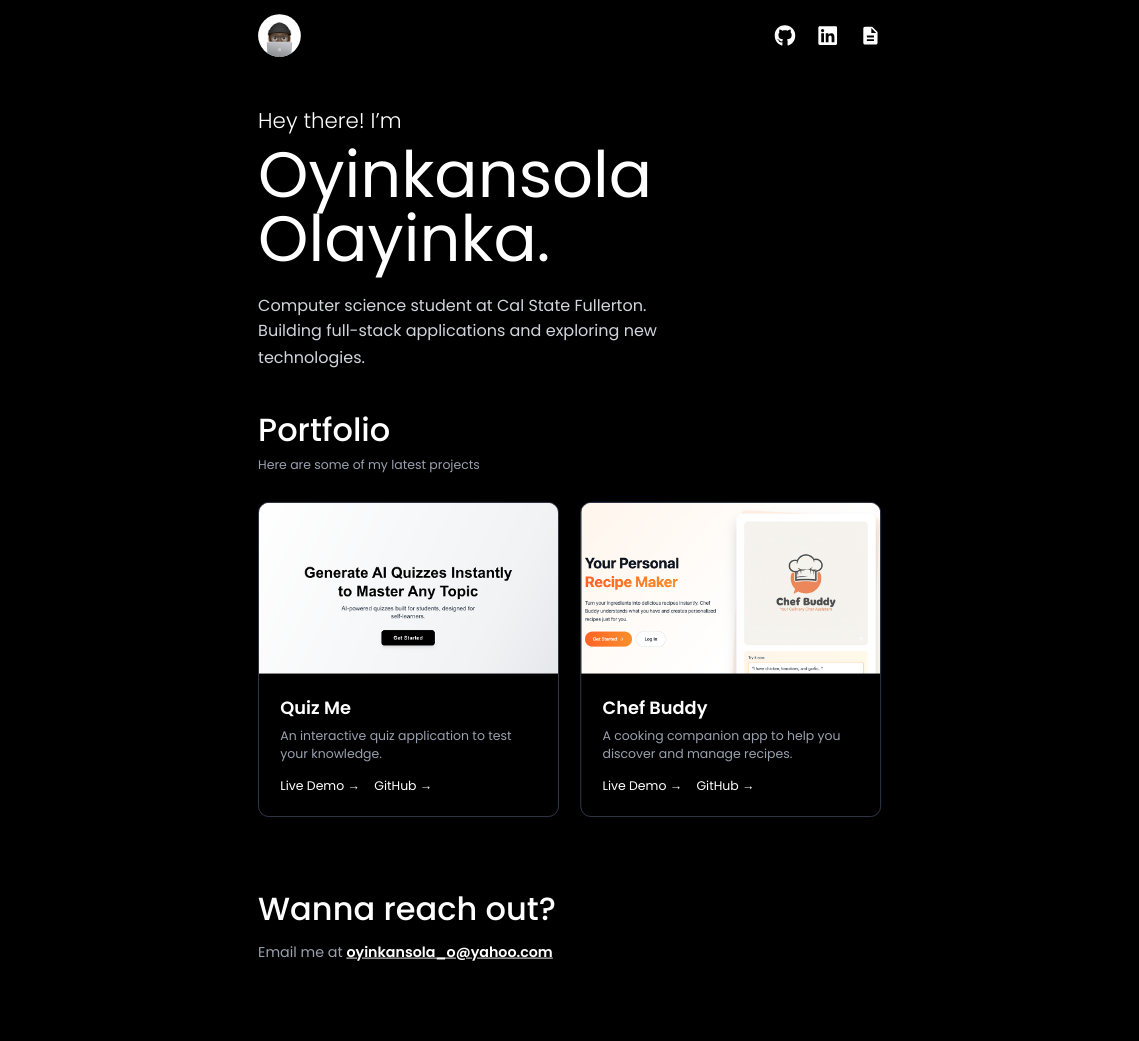
Repository: olasores/olasores-portfolio
Page: /
The author's editor kept a copy of each file at every save. The page is drawn from the files as they stood at one save, then again after the next save.
The browser window is 1280 px wide. The pictures show the whole page, at 89% of full size.
The project was rebuilt for these pictures with package versions that can differ from the ones it lists, and the page was loaded fresh each time. The framework's server and built-in components were replaced by stand-ins that run in the browser. Also part of the build but not shown: next.config.ts.

Above is the page before, as saved 2025-11-11 13:19:42.

### app/layout.tsx
import type { Metadata } from "next";
import { Poppins } from "next/font/google";
import "./globals.css";
import Navbar from "./components/Navbar";

const poppins = Poppins({
  variable: "--font-poppins",
  weight: ["300", "400", "500", "600", "700"],
  subsets: ["latin"],
});

export const metadata: Metadata = {
  title: "Oyinkansola Olayinka | Portfolio",
  description: "Computer science student at Cal State Fullerton. Full-stack developer building intuitive applications.",
  icons: {
    icon: "/assets/olaimg2.webp",
  },
};

export default function RootLayout({
  children,
}: Readonly<{
  children: React.ReactNode;
}>) {
  return (
    <html lang="en">
      <body
        className={`${poppins.variable} antialiased`}
      >
        <Navbar />
        {children}
      </body>
    </html>
  );
}

### app/page.tsx
import HomeSection from "./components/HomeSection";
import Contact from "./components/Contact";

export default function Home() {
  return (
    <div className="flex flex-col bg-black">
      <HomeSection />
      <Contact />
    </div>
  );
}

### app/globals.css
@import "tailwindcss";

* {
  font-family: 'Poppins', sans-serif;
}

:root {
  --background: #ffffff;
  --foreground: #171717;
}

@media (prefers-color-scheme: dark) {
  :root {
    --background: #0a0a0a;
    --foreground: #ededed;
  }
}

body {
  background: var(--background);
  color: var(--foreground);
}

### app/components/Navbar.tsx
'use client';

import { FaGithub, FaLinkedin } from 'react-icons/fa';
import { MdDescription } from 'react-icons/md';

export default function Navbar() {
    return (
        <nav className="fixed top-0 left-0 right-0 bg-black/80 backdrop-blur-sm px-6 py-4 z-50 flex justify-center">
            <div className="max-w-[700px] w-full flex items-center justify-between">
                {/* Logo */}
                <div className="relative w-12 h-12 rounded-full bg-white overflow-hidden flex items-center justify-center">
                    <img
                        src="/assets/olaimg2.webp"
                        alt="Oyinkansola Olayinka Logo"
                        className="w-full h-full object-cover"
                    />
                </div>

                {/* Links - Social Media Icons */}
                <div className="flex gap-6">
                    {/* GitHub Icon */}
                    <a
                        href="https://github.com/olasores"
                        target="_blank"
                        rel="noopener noreferrer"
                        className="text-white hover:text-gray-400 transition text-2xl"
                        title="GitHub"
                    >
                        <FaGithub />
                    </a>

                    {/* LinkedIn Icon */}
                    <a
                        href="https://www.linkedin.com/in/oyinkansola-olayinka/"
                        target="_blank"
                        rel="noopener noreferrer"
                        className="text-white hover:text-gray-400 transition text-2xl"
                        title="LinkedIn"
                    >
                        <FaLinkedin />
                    </a>

                    {/* Resume/Document Icon */}
                    <a
                        href="https://drive.google.com/file/d/1dOEJkfoQH73suDsccBJyT5-bezTsWutk/view?pli=1"
                        target="_blank"
                        rel="noopener noreferrer"
                        className="text-white hover:text-gray-400 transition text-2xl"
                        title="Resume"
                    >
                        <MdDescription />
                    </a>
                </div>
            </div>
        </nav>
    );
}

### app/components/HomeSection.tsx
import Portfolio from "./Portfolio";
export default function HomeSection() {
    return (
        <div className="flex min-h-screen justify-center bg-black font-sans dark:bg-black px-6 py-5 pt-10 md:pt-30">
            <div className="max-w-[700px] w-full flex flex-col gap-12">
                {/* Text content */}
                <div className="flex flex-col gap-6 items-center md:items-start">
                    <div>
                        <h2 className="text-xl md:text-2xl font-light text-white mb-2">
                            Hey there! I&rsquo;m
                        </h2>
                        <h1 className="text-5xl md:text-7xl  text-white">
                            Oyinkansola Olayinka.
                        </h1>
                    </div>

                                        <p className="text-base md:text-lg text-gray-300 leading-relaxed max-w-lg">
                        Computer science student at Cal State Fullerton. Building full-stack applications and exploring new technologies.
                    </p>

                    {/* Links */}
                    {/* <div className="flex gap-6 text-lg md:text-xl text-white">
                        <a href="#" className="hover:text-gray-400 transition">
                            Github ↗
                        </a>
                        <a href="#" className="hover:text-gray-400 transition">
                            linkedin ↗
                        </a>
                        <a href="#" className="hover:text-gray-400 transition">
                            Resume ↗
                        </a>
                    </div> */}

                </div>
                <Portfolio />

            </div>
        </div>
    );
}

### app/components/Contact.tsx
export default function Contact() {
    return (
        <div className="flex justify-center bg-black font-sans dark:bg-black px-6 py-16">
            <div className="max-w-[700px] w-full flex flex-col gap-8">
                {/* Section Title */}
                <div>
                    <h2 className="text-3xl md:text-4xl font-medium text-white mb-4">
                        Wanna reach out?
                    </h2>
                    <p className="text-gray-400 text-base mb-6">
                        Email me at{' '}
                        <a
                            href="mailto:oyinkansola_o@yahoo.com"
                            className="text-white hover:text-gray-300 transition font-semibold underline"
                        >
                            oyinkansola_o@yahoo.com
                        </a>
                    </p>
                </div>
            </div>
        </div>
    );
}

### app/components/Portfolio.tsx
export default function Portfolio() {
    return (
        <div className="flex justify-center bg-black font-sans dark:bg-black ">
            <div className="max-w-[700px] w-full flex flex-col gap-8">
                {/* Section Title */}
                <div>
                    <h2 className="text-3xl md:text-4xl font-medium text-white mb-2">
                        Portfolio
                    </h2>
                    <p className="text-gray-400 text-sm">
                        Here are some of my latest projects
                    </p>
                </div>

                {/* Projects Grid */}
                <div className="grid grid-cols-1 md:grid-cols-2 gap-6">
                    {/* Quiz Me Project */}
                    <div className="border border-gray-700 rounded-xl overflow-hidden hover:border-gray-500 transition flex flex-col">
                        {/* Project Image */}
                        <div className="w-full h-48 bg-gray-800 overflow-hidden">
                            <img
                                src="/assets/quizzy.png"
                                alt="Quiz Me Project"
                                className="w-full h-full object-cover"
                            />
                        </div>

                        {/* Project Details */}
                        <div className="p-6 flex flex-col gap-4 flex-1">
                            <div>
                                <h3 className="text-xl font-semibold text-white mb-2">
                                    Quiz Me
                                </h3>
                                <p className="text-gray-400 text-sm">
                                    An interactive quiz application to test your knowledge.
                                </p>
                            </div>

                            {/* Links */}
                            <div className="flex gap-4 text-sm mt-auto">
                                <a
                                    href="https://quiz-me-sandy.vercel.app/"
                                    target="_blank"
                                    rel="noopener noreferrer"
                                    className="text-white hover:text-gray-300 transition"
                                >
                                    Live Demo →
                                </a>
                                <a
                                    href="#"
                                    className="text-white hover:text-gray-300 transition"
                                >
                                    GitHub →
                                </a>
                            </div>
                        </div>
                    </div>

                    {/* Project Card 2 - Chef Buddy */}
                    <div className="border border-gray-700 rounded-xl overflow-hidden hover:border-gray-500 transition flex flex-col">
                        {/* Project Image */}
                        <div className="w-full h-48 bg-gray-800 overflow-hidden">
                            <img
                                src="/assets/chef.png"
                                alt="Chef Buddy Project"
                                className="w-full h-full object-cover"
                            />
                        </div>

                        {/* Project Details */}
                        <div className="p-6 flex flex-col gap-4 flex-1">
                            <div>
                                <h3 className="text-xl font-semibold text-white mb-2">
                                    Chef Buddy
                                </h3>
                                <p className="text-gray-400 text-sm">
                                    A cooking companion app to help you discover and manage recipes.
                                </p>
                            </div>

                            {/* Links */}
                            <div className="flex gap-4 text-sm mt-auto">
                                <a
                                    href="https://chef-buddy-rouge.vercel.app/"
                                    target="_blank"
                                    rel="noopener noreferrer"
                                    className="text-white hover:text-gray-300 transition"
                                >
                                    Live Demo →
                                </a>
                                <a
                                    href="#"
                                    className="text-white hover:text-gray-300 transition"
                                >
                                    GitHub →
                                </a>
                            </div>
                        </div>
                    </div>
                </div>
            </div>
        </div>
    );
}

After the next save:
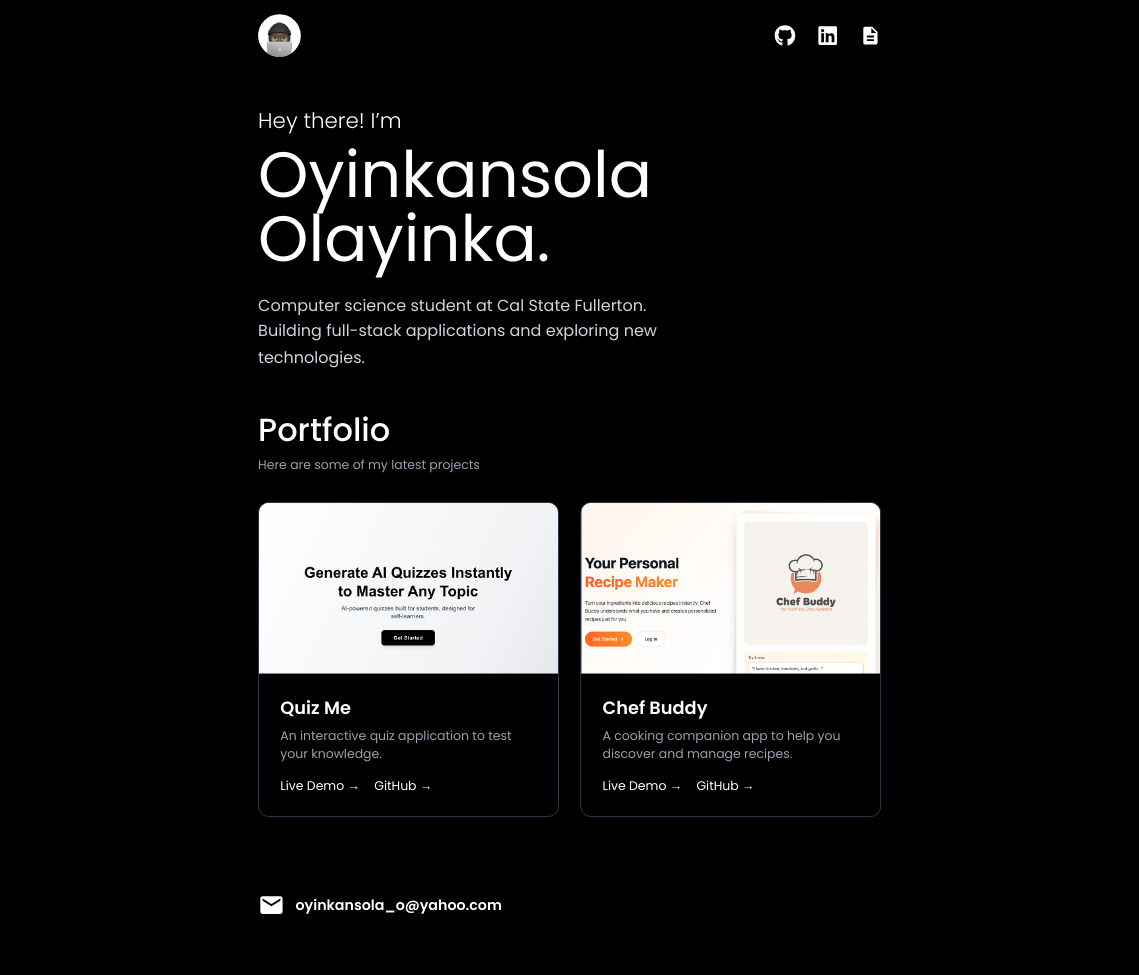
Saved 39 s later.
--- a/app/components/Contact.tsx
+++ b/app/components/Contact.tsx
@@ -1,21 +1,24 @@
+'use client';
+
+import { MdEmail } from 'react-icons/md';
+
 export default function Contact() {
     return (
         <div className="flex justify-center bg-black font-sans dark:bg-black px-6 py-16">
-            <div className="max-w-[700px] w-full flex flex-col gap-8">
+            <div className="max-w-[700px] w-full flex flex-col gap-8 items-center md:items-start">
                 {/* Section Title */}
-                <div>
-                    <h2 className="text-3xl md:text-4xl font-medium text-white mb-4">
-                        Wanna reach out?
-                    </h2>
-                    <p className="text-gray-400 text-base mb-6">
-                        Email me at{' '}
-                        <a
-                            href="mailto:oyinkansola_o@yahoo.com"
-                            className="text-white hover:text-gray-300 transition font-semibold underline"
-                        >
-                            oyinkansola_o@yahoo.com
-                        </a>
-                    </p>
+                <div className="flex items-center gap-3">
+                    <MdEmail className="text-white text-3xl" />
+                    <div>
+                        <p className="text-gray-400 text-base">
+                            <a
+                                href="mailto:oyinkansola_o@yahoo.com"
+                                className="text-white hover:text-gray-300 transition font-semibold"
+                            >
+                                oyinkansola_o@yahoo.com
+                            </a>
+                        </p>
+                    </div>
                 </div>
             </div>
         </div>

After the save that followed:
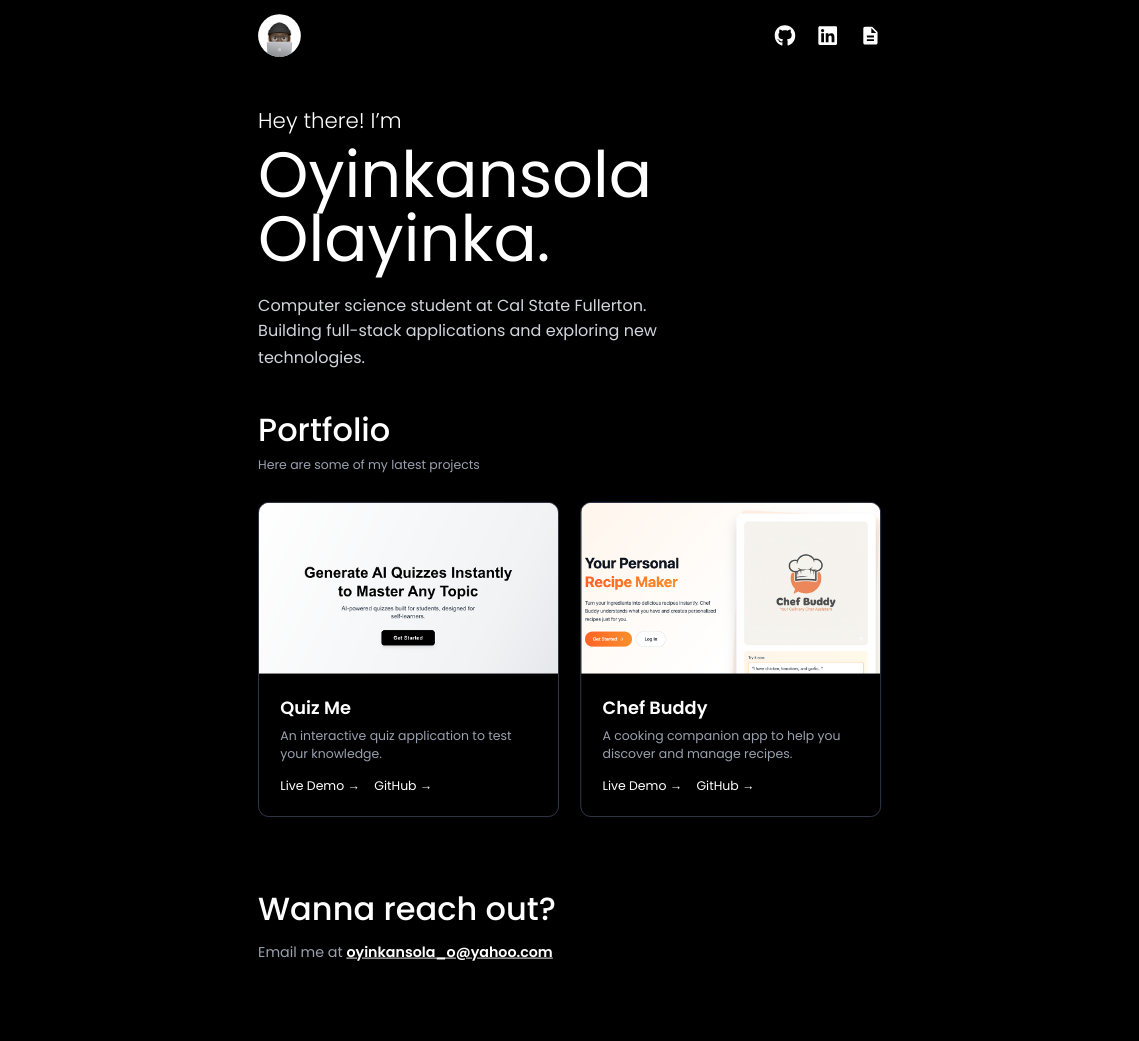
Saved 8 s later.
--- a/app/components/Contact.tsx
+++ b/app/components/Contact.tsx
@@ -1,24 +1,21 @@
-'use client';
-
-import { MdEmail } from 'react-icons/md';
-
 export default function Contact() {
     return (
         <div className="flex justify-center bg-black font-sans dark:bg-black px-6 py-16">
-            <div className="max-w-[700px] w-full flex flex-col gap-8 items-center md:items-start">
+            <div className="max-w-[700px] w-full flex flex-col gap-8">
                 {/* Section Title */}
-                <div className="flex items-center gap-3">
-                    <MdEmail className="text-white text-3xl" />
-                    <div>
-                        <p className="text-gray-400 text-base">
-                            <a
-                                href="mailto:oyinkansola_o@yahoo.com"
-                                className="text-white hover:text-gray-300 transition font-semibold"
-                            >
-                                oyinkansola_o@yahoo.com
-                            </a>
-                        </p>
-                    </div>
+                <div>
+                    <h2 className="text-3xl md:text-4xl font-medium text-white mb-4">
+                        Wanna reach out?
+                    </h2>
+                    <p className="text-gray-400 text-base mb-6">
+                        Email me at{' '}
+                        <a
+                            href="mailto:oyinkansola_o@yahoo.com"
+                            className="text-white hover:text-gray-300 transition font-semibold underline"
+                        >
+                            oyinkansola_o@yahoo.com
+                        </a>
+                    </p>
                 </div>
             </div>
         </div>
